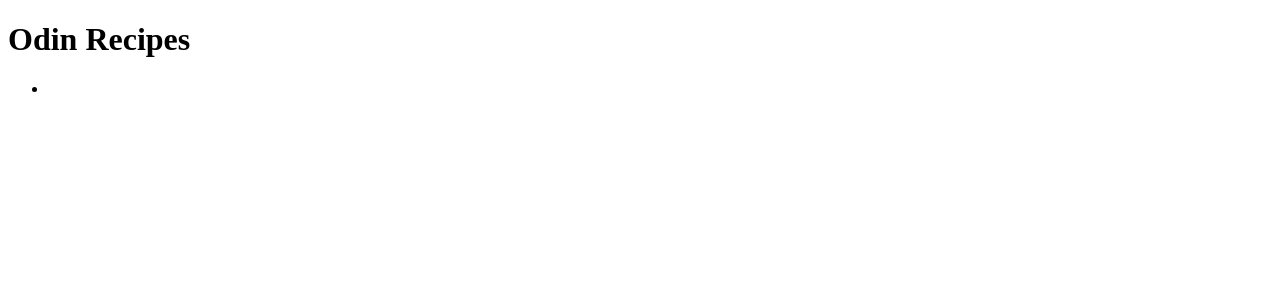
Repository: ShaneLau2/odin-recipes
Page: index.html
The author's editor kept a copy of each file at every save. The page is drawn from the files as they stood at one save, then again after the next save.
The browser window is 1280 px wide. The pictures show the whole page.

Above is the page before, as saved 2024-02-23 17:41:01.

After the next save:
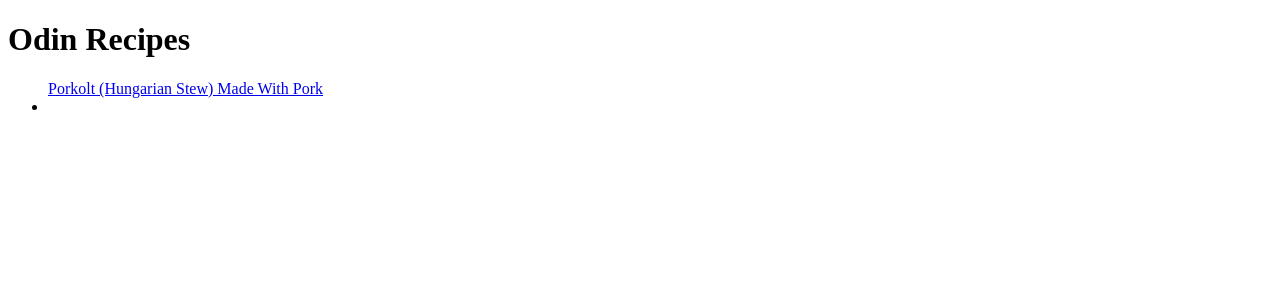
Saved 8 s later.
--- a/index.html
+++ b/index.html
@@ -10,6 +10,7 @@
 <body>
     <h1>Odin Recipes</h1>
     <ul>
+        <a href="recipes/Porkolt (Hungarian Stew) Made With Pork.html">Porkolt (Hungarian Stew) Made With Pork</a>
         <li></li>
     </ul>
 </body>
